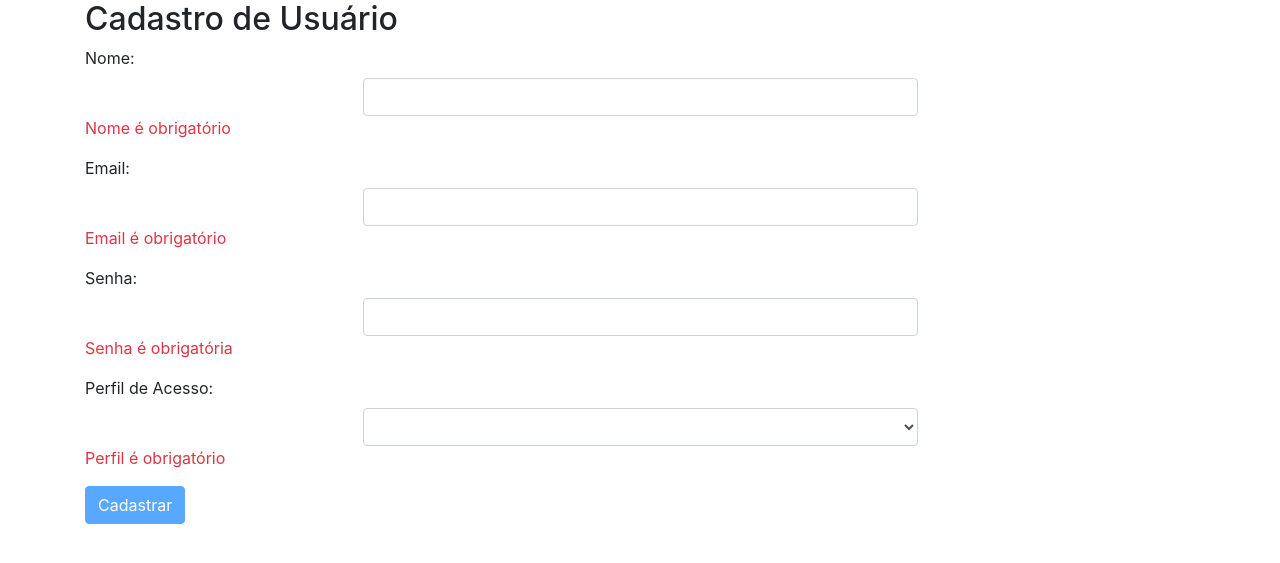
Repository: AndersonSchinemann/ProjetoSaas
Page: TopData/src/main/resources/static/views/cadastro.html
These files come from the project's save history. The page is drawn as it stood at one moment and after the next save; the edit follows.
The browser window is 1280 px wide. The pictures show the whole page.

Above is the page before, as saved 2023-11-13 16:57:53.

### TopData/src/main/resources/static/views/cadastro.html
<!-- Adicione Bootstrap CSS e AngularJS -->
<!--<link rel="stylesheet" href="https://maxcdn.bootstrapcdn.com/bootstrap/3.3.7/css/bootstrap.min.css">-->

<!-- Adicione ng-bootstrap CSS e JavaScript -->
<link rel="stylesheet" href="https://maxcdn.bootstrapcdn.com/bootstrap/4.5.2/css/bootstrap.min.css">
<script src="https://ajax.googleapis.com/ajax/libs/angularjs/1.8.2/angular.min.js"></script>
<!--<script src="https://cdnjs.cloudflare.com/ajax/libs/angular-ui-bootstrap/3.0.6/ui-bootstrap-tpls.min.js"></script>-->
<style>
  /* Adicione um estilo personalizado para ajustar a largura dos inputs */
  .custom-width-input {
    width: 50%; /* Largura desejada */
    margin: auto; /* Para centralizar horizontalmente */
  }
</style>
<!-- Seus scripts Angular -->
<script src="js/controllerCad.js"></script>

<div class="container text-left" ng-app="CadastroApp" ng-controller="CadastroController">
  <h2>Cadastro de Usuário</h2>

  <form name="formulario" ng-app>
    <div class="form-group text-left">
      <label for="nome">Nome:</label>
      <input type="text" class="form-control custom-width-input" id="nome" ng-model="usuario.nome" name="nome" required>
      <span ng-class="{'text-danger': formulario.nome.$error.required}" ng-show="formulario.nome.$error.required">Nome é obrigatório</span>
    </div>

    <div class="form-group text-left">
      <label for="email">Email:</label>
      <input type="email" class="form-control custom-width-input" id="email" ng-model="usuario.email" name="email" required>
      <span ng-class="{'text-danger': formulario.email.$error.required}" ng-show="formulario.email.$error.required">Email é obrigatório</span>
      <span ng-class="{'text-danger': formulario.email.$error.email}" ng-show="formulario.email.$error.email">E-mail inválido</span>
    </div>

    <div class="form-group text-left">
      <label for="senha">Senha:</label>
      <input type="password" class="form-control custom-width-input" id="senha" ng-model="usuario.senha" name="senha" required>
      <span ng-class="{'text-danger': formulario.senha.$error.required}" ng-show="formulario.senha.$error.required">Senha é obrigatória</span>
    </div>

    <div class="form-group text-left">
      <label for="perfil">Perfil de Acesso:</label>
      <select class="form-control custom-width-input" id="perfil" ng-model="usuario.perfil" name="perfil" required>
        <option value="admin">Admin</option>
        <option value="usuario">Usuário</option>
      </select>
      <span ng-class="{'text-danger': formulario.perfil.$error.required}" ng-show="formulario.perfil.$error.required">Perfil é obrigatório</span>
    </div>

    <button type="button" class="btn btn-primary" ng-click="cadastrarUsuario()" ng-disabled="formulario.$invalid || formulario.$pristine">Cadastrar</button>
  </form>
</div>

### TopData/src/main/resources/static/js/controllerCad.js
var app = angular.module('CadastroApp',  []);

app.controller('CadastroController', function($scope, $http) {
    $scope.usuario = {};

    $scope.cadastrarUsuario = function() {
        // Aqui você pode enviar os dados para o backend (Spring Boot) usando $http.post
        // Exemplo:
       for (var key in $scope.usuario) {
        if (!$scope.usuario[key]) {
          // Exibe uma mensagem de erro informando qual campo está vazio
          alert('O campo ' + key + ' é obrigatório.');
          return;
        }
      }
      $http.post('/api/usuarios', $scope.usuario)
           .then(function(response) {
		        console.log(response.data);
		        // Exibir mensagem de sucesso
		        alert('Usuário cadastrado com sucesso!');
		    })
		    .catch(function(error) {
		        console.log(error);
		        // Exibir mensagem de erro
		        alert('Erro ao cadastrar usuário. Por favor, tente novamente JS.');
			});

	}

});

After the next save:
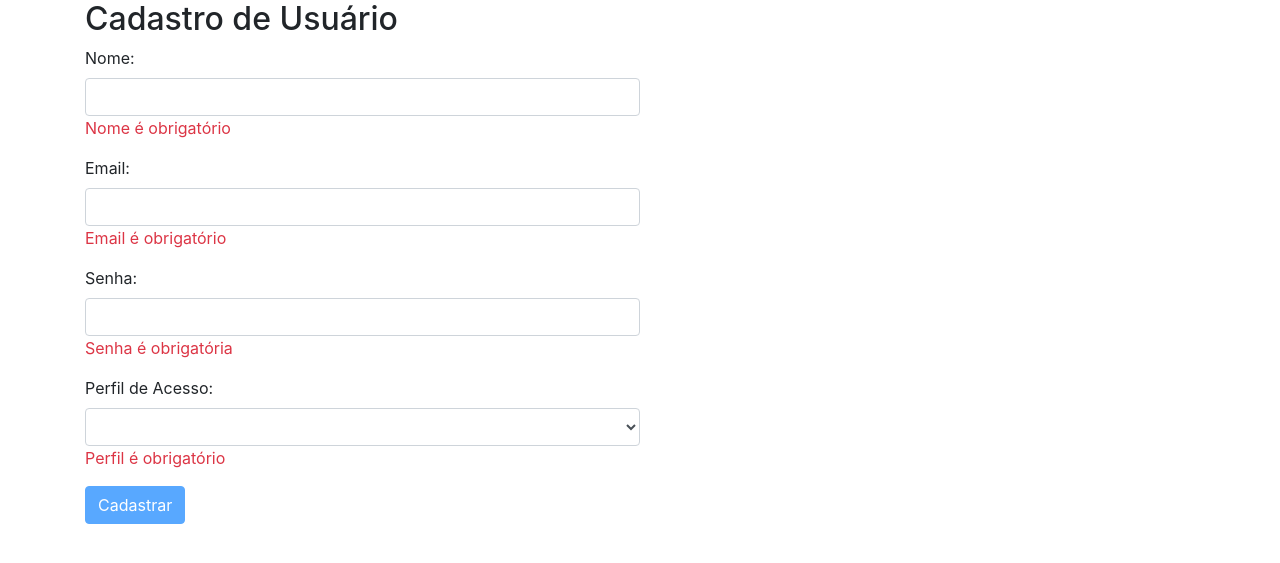
Saved 6 s later.
--- a/TopData/src/main/resources/static/views/cadastro.html
+++ b/TopData/src/main/resources/static/views/cadastro.html
@@ -9,7 +9,7 @@
   /* Adicione um estilo personalizado para ajustar a largura dos inputs */
   .custom-width-input {
     width: 50%; /* Largura desejada */
-    margin: auto; /* Para centralizar horizontalmente */
+     /* Para centralizar horizontalmente */
   }
 </style>
 <!-- Seus scripts Angular -->
